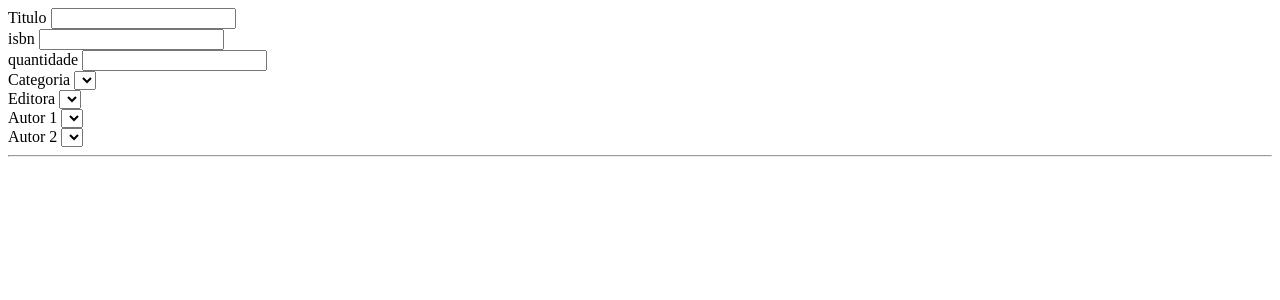
Repository: the-felipe/interfaceApiLivraria
Page: adicionar.html
An editor plug-in stored every save of this project. The page is shown before and after the next save, followed by the edit.
The browser window is 1280 px wide. The pictures show the whole page.

Above is the page before, as saved 2023-07-20 21:41:59.
Console error: TypeError: Cannot read properties of null (reading 'access')

### adicionar.html
<!DOCTYPE html>
<html lang="en">
<head>
    <meta charset="UTF-8">
    <meta name="viewport" content="width=device-width, initial-scale=1.0">
    <title>Adicionar Livro</title>

    <script src="token.js"></script>
</head>
<body>

    <form action="" id="form">
        <label for="titulo">Titulo</label>
        <input type="text" name="titulo" id="titulo">
        <br>
        <label for="isbn">isbn</label>
        <input type="text" name="isbn" id="isbn">
        <br>
        <label for="quantidade">quantidade</label>
        <input type="text" name="quantidade" id="quantidade">
        <br>
        <label for="categoria">Categoria</label>
        <select name="categoria" id="categoria"></select>
        <br>
        <label for="editora">Editora</label>
        <select name="editora" id="editora"></select>
        <br>
        <label for="autor1">Autor 1</label>
        <select name="autor1" id="autor1"></select>
        <br>
        <label for="autor2">Autor 2</label>
        <select name="autor2" id="autor2"></select>
        <hr>

    </form>

    <script>

        const form = document.getElementById("form")

        const titulo = document.getElementById("titulo")
        const isbn = document.getElementById("isbn")
        const quantidade = document.getElementById("quantidade")
        const categoria = document.getElementById("categoria")
        const editora = document.getElementById("editora")
        const autor1 = document.getElementById("autor1")
        const autor2 = document.getElementById("autor2")

        function adicionar(e) {
            e.preventDefault()

            const body = {
                titulo: titulo.value,
                isbn: isbn.value,
                quantidade: +quantidade.value,
                categoria: +categoria.value,
                editora: +editora.value,
                autores: [+autor1.value, +autor2.value]
            }
        }

        function preencher() {

            const autores = getAutenticado("https://livraria-app.herokuapp.com/api/autores/")
            const categorias = getAutenticado("https://livraria-app.herokuapp.com/api/categorias/")
            const editoras = getAutenticado("https://livraria-app.herokuapp.com/api/editoras/")

            const selectAutores = document.getElementById("autores")
            const selectCategorias = document.getElementById("categorias")
            const selectEditoras = document.getElementById("editoras")


            for(const editora of editoras) {

            }

        }

        form.addEventListener("submit", adicionar)

        window.addEventListener("load", preencher)


    </script>

</body>
</html>

### token.js
// salva o token no armazenamento local
function salvarToken(token) {
    localStorage.setItem("TOKEN", JSON.stringify(token))
}

// pega o token de volta
function pegarToken() {
    return JSON.parse(localStorage.getItem("TOKEN"))
}

// faz uma requisição GET pra URL usando o token
function getAutenticado(url) {
    const token = pegarToken()

    return fetch(url, {
        headers: {
            "Authorization": `Bearer ${token.access}`
        }
    })
}

// faz uma requisição POST pra URL usando o token
function postAutenticado(url, body) {
    const token = pegarToken()

    return fetch(url, {
        body: JSON.stringify(body),
        method: "POST",
        headers: {
            "Content-Type": "application/json",
            "Authorization": `Bearer ${token.access}`
        }
    })
}

// faz uma requisição PATCH pra URL usando o token
function patchAutenticado(url, body) {
    const token = pegarToken()

    return fetch(url, {
        body: JSON.stringify(body),
        method: "PATCH",
        headers: {
            "Content-Type": "application/json",
            "Authorization": `Bearer ${token.access}`
        }
    })
}

// faz uma requisição DELETE pra URL usando o token
function deleteAutenticado(url) {
    const token = pegarToken()

    return fetch(url, {
        method: "DELETE",
        headers: {
            "Authorization": `Bearer ${token.access}`
        }
    })
}

After the next save:
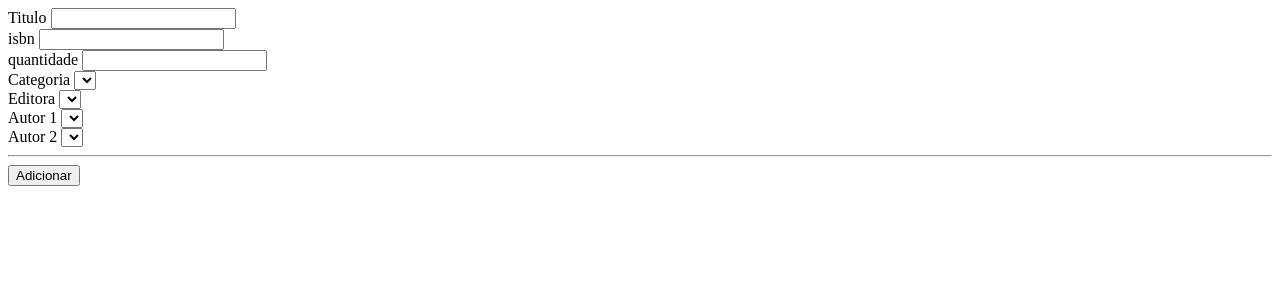
Saved 5 s later.
--- a/adicionar.html
+++ b/adicionar.html
@@ -31,7 +31,7 @@
         <label for="autor2">Autor 2</label>
         <select name="autor2" id="autor2"></select>
         <hr>
-
+        <input type="submit" value="Adicionar">
     </form>
 
     <script>
